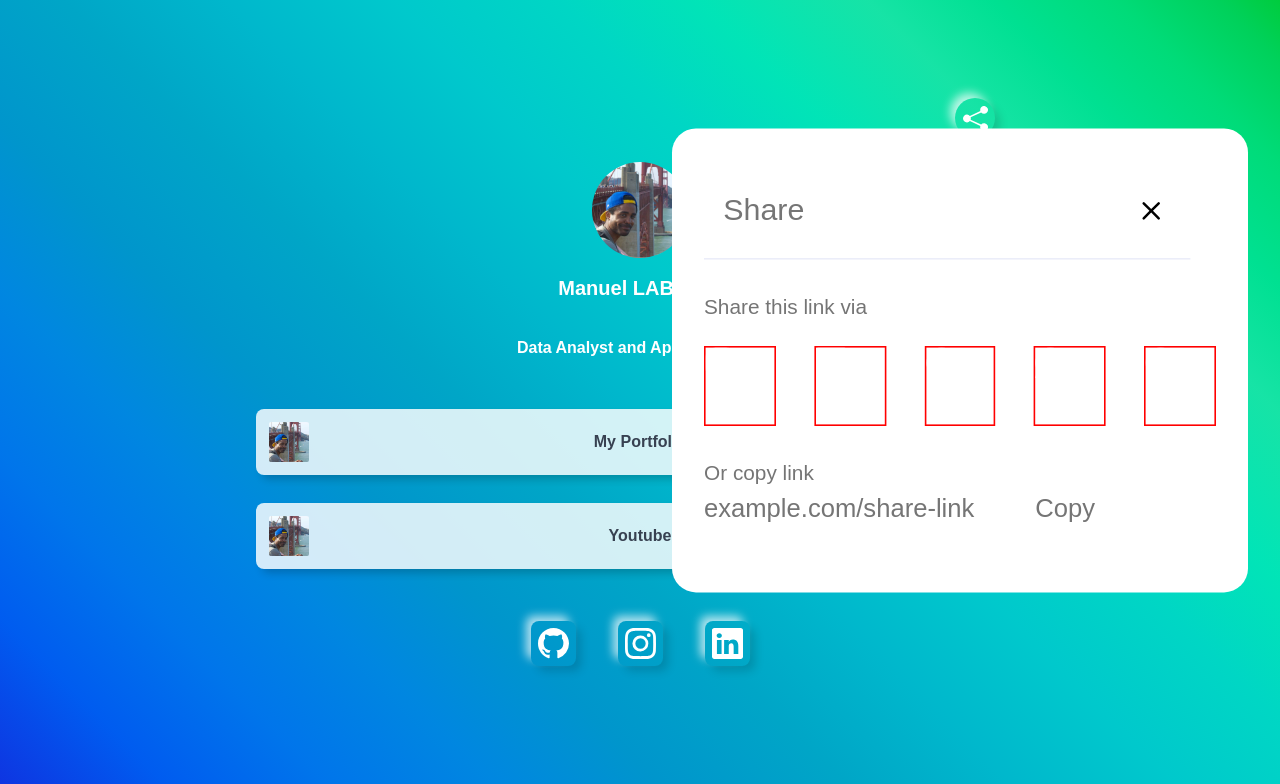
Repository: MateLaDBrouille97/linktree
Page: /
An editor plug-in stored every save of this project. The page is shown before and after the next save, followed by the edit.
The browser window is 1280 px wide. The pictures show the whole page.
The project was rebuilt for these pictures with package versions that can differ from the ones it lists, and the page was loaded fresh each time. The framework's server and built-in components were replaced by stand-ins that run in the browser. Also part of the build but not shown: next.config.js, styles/Home.module.css, styles/scrollup.css.

Above is the page before, as saved 2023-01-23 23:45:39.

### app/layout.tsx
"use client";

import '@/styles/globals.css'
import '../styles/Home.module.css';
import '../styles/scrollup.css';
import '../styles/home.css';
import '../styles/socials.css';
import '../styles/share.css';
import ScrollDow from '../components/ScrollDow';
import ScrollUp from '../components/scrollup/ScrollUp'

export default function RootLayout({
    children,
  }: {
    children: React.ReactNode;
  }) {
    return (
      <html lang="en">
        <body>{children}</body>
        {/* <ScrollDow/> */}
        {/* <ScrollUp/> */}
      </html>
    );
  }

### app/page.tsx
"use client";

import Image from "next/image";
import data from "data.json";
import image from "../public/ManuelTL2.jpg";
import image1 from "../public/ManuelTL2.jpg";
import { useEffect, useState } from "react";
import Socials from "../components/Socials";
import Share from "@/components/Share";

function LinkCard({
  href,
  title,
  image,
}: {
  href: string;
  title: string;
  image?: string;
}) {
  return (
    <a
      href={href}
      className="flex items-center p-3 w-full rounded-lg hover:scale-105 transition-all bg-gray-100 mb-3 -mt-2 max-w-3xl home__linkcard-box"
    >
      <div className="flex text-center w-full home__linkcard-card">
        <div className="w-10 h-10 home__linkcard-img">
          {image1 && (
            <Image
              className="rounded-sm"
              alt={data.name}
              src={image1}
              width={40}
              height={40}
            />
          )}
        </div>
        <h2 className="flex justify-center items-center font-semibold w-full text-gray-700 -ml-10 home__linkcard-title">
          {title}
        </h2>
      </div>
    </a>
  );
}

export default function Home() {
  /*==================== Toggle Menu ====================== */
  const [toggle, showMenu] = useState(false);
  const [activeNav, setActiveNav] = useState("#home");

  /* +++++++++++++++++++++++++++++++++++++++++++++++++ */
  // const { dbUser, image } = useUserContext();

  // const breakpoints = (width) => {
  //   if (width < 640) {
  //     return "xs";
  //   } else if (width >= 640 && width < 768) {
  //     return "sm";
  //   } else if (width >= 768 && width < 1024) {
  //     return "md";
  //   } else if (width >= 1024) {
  //     return "lg";
  //   }
  // };

  // const [breakpoint, setBreakpoint] = useState(() =>
  //   breakpoints(typeof window !== "undefined" && window.innerWidth)
  // );

  useEffect(() => {
    if (toggle) {
      // const calcInnerWidth = function () {
      //   setBreakpoint(breakpoints(window.innerWidth));
      // };
      // window.addEventListener("resize", calcInnerWidth);
      window.addEventListener("scroll", function () {
        const header = this.document.querySelector(".header");
        //scroll higher than 200 viewport height
        //add scroll header class to a tag with the scroll-top
        if (this.scrollY >= 80) header?.classList.add("scroll-header");
        else header?.classList.remove("scroll-header");
      });
    }
  }, []);

  useEffect(() => {
    showMenu(true);
  }, []);

  return (
    <div className="flex items-center flex-col mx-auto w-full justify-center mt-16 px-8 ">
      <Share/>
      <a
        href="#home"
        onClick={() => setActiveNav("#home")}
        // className={
        //   activeNav === "#home" ? "nav__logo active-link" : "nav__logo"
        // }
      >
        <Image
          className="rounded-full"
          alt={data.name}
          src={image}
          width={96}
          height={96}
        />
      </a>

      <h1 className="font-semibold mt-4 mb-8 text-xl" style={{color:"white"}}>{data.name}</h1>
      <h3 className="home__description" style={{color:"white"}}>{data.small_description}</h3>

      <div className="grid place-items-center w-full mt-2">
        {data.links.map((link) => (
          <LinkCard key={link.href} {...link} />
        ))}
      </div>

      <div className="gap-3 items-center flex mt-10">
        {data?.socials?.map((social) => {
         return(

          <Socials title={social?.title} key={social?.href} />
          )
        })}
      </div>
    </div>
  );
}

### styles/globals.css
@tailwind base;
@tailwind components;
@tailwind utilities;

body{
  height:100vh;
  background-image: linear-gradient(
  45deg,
  hsl(229deg 88% 47%) 0%,
  hsl(217deg 100% 47%) 8%,
  hsl(210deg 100% 46%) 16%,
  hsl(204deg 100% 44%) 24%,
  hsl(196deg 100% 40%) 32%,
  hsl(190deg 100% 39%) 41%,
  hsl(186deg 100% 40%) 49%,
  hsl(181deg 100% 40%) 57%,
  hsl(175deg 100% 42%) 65%,
  hsl(168deg 99% 45%) 72%,
  hsl(162deg 82% 49%) 80%,
  hsl(159deg 100% 44%) 86%,
  hsl(153deg 100% 43%) 92%,
  hsl(146deg 100% 41%) 97%,
  hsl(138deg 100% 40%) 100%
);
}

@import  url('https://api.iconify.design/material-symbols/arrow-upward.svg');

/*=============== GOOGLE FONTS ===============*/
@import url("https://fonts.googleapis.com/css2?family=Poppins:wght@400;500;600&display=swap");

/*=================== NEXT.JS ================*/

html,
body {
  padding: 0;
  margin: 0;
  font-family: -apple-system, BlinkMacSystemFont, Segoe UI, Roboto, Oxygen,
    Ubuntu, Cantarell, Fira Sans, Droid Sans, Helvetica Neue, sans-serif;
}

h1 {
  font-size: 1.75rem;
}




/*=============== VARIABLES CSS ===============*/
:root {
  --header-height: 3rem;

  /*========== Colors ==========*/
  /*Color mode HSL(hue, saturation, lightness)*/
  --hue: 0;
  --sat: 0%;
  --title-color: hsl(var(--hue), var(--sat), 20%);
  --title-color-dark: hsl(var(--hue), var(--sat), 0%);
  --text-color: hsl(var(--hue), var(--sat), 46%);
  --body-color: hsl(var(--hue), var(--sat), 98%);
  --container-color: #fff;

  /*========== Font and typography ==========*/
  --body-font: "Poppins", sans-serif;

  /*.5rem = 8px | 1rem = 16px ...*/
  --big-font-size: 3.5rem;
  --h1-font-size: 2.75rem;
  --h2-font-size: 1.5rem;
  --h3-font-size: 1.25rem;
  --normal-font-size: 1rem;
  --small-font-size: 0.875rem;
  --smaller-font-size: 0.813rem;
  --tiny-font-size: 0.625rem;

  /*========== Font weight ==========*/
  --font-normal: 400;
  --font-medium: 500;
  --font-semi-bold: 600;

  /*========== Margenes Bottom ==========*/
  /*.5rem = 8px | 1rem = 16px ...*/
  --mb-0-25: 0.25rem;
  --mb-0-5: 0.5rem;
  --mb-0-75: 0.75rem;
  --mb-1: 1rem;
  --mb-1-5: 1.5rem;
  --mb-2: 2rem;
  --mb-2-5: 2.5rem;
  --mb-3: 3rem;

  /*========== z index ==========*/
  --z-tooltip: 10;
  --z-fixed: 100;
  --z-modal: 1000;
}

/* Responsive typography */
@media screen and (max-width: 992px) {
  :root {
    --big-font-size: 2.75rem;
    --h1-font-size: 1.5rem;
    --h2-font-size: 1.25rem;
    --h3-font-size: 1rem;
    --normal-font-size: 0.938rem;
    --small-font-size: 0.813rem;
    --smaller-font-size: 0.75rem;
  }
}

/*=============== BASE ===============*/
* {
  margin: 0;
  padding: 0;
  box-sizing: border-box;
}

html {
  scroll-behavior: smooth;
}

body,
button,
input,
textarea {
  font-family: var(--body-font);
  font-size: var(--normal-font-size);
}

body {
  background-color: var(--body-color);
  color: var(--text-color);
}

h1,
h2,
h3 {
  color: var(--title-color);
  font-weight: var(--font-semi-bold);
}

ul {
  list-style: none;
}

a {
  text-decoration: none;
}

button {
  cursor: pointer;
  border: none;
  outline: none;
}

img {
  max-width: 100%;
  height: auto;
}

/*=============== REUSABLE CSS CLASSES ===============*/
.section {
  padding: 6rem 0 2rem;
}

.section__title {
  font-size: var(--h1-font-size);
  color: var(--title-color);
}

.section__subtitle {
  display: block;
  font-size: var(--normal-font-size);
  margin-bottom: 4rem;
}

.section__title,
.section__subtitle {
  text-align: center;
}

/*=============== LAYOUT ===============*/
.container {
  max-width: 968px;
  margin-left: auto;
  margin-right: auto;
}

.grid {
  display: grid;
  gap: 1.5rem;
}

/*=============== BUTTONS ===============*/
.button {
  display: inline-block;
  background-color:rgb(100, 189, 140);
  color: var(--container-color);
  padding: 1.25rem 2rem;
  border-radius: 1rem;
  font-weight: var(--font-medium);
}

.button:hover {
  background-color: rgb(81, 209, 138);
  color: var(--container-color);
}

.button__icon {
  margin-left: var(--mb-0-5);
}

.button--flex {
  display: inline-flex;
  align-items: center;

}




/*=============== BREAKPOINTS ===============*/
/* For large devices */
@media screen and (max-width: 992px) {
  .container {
    margin-left: var(--mb-1-5);
    margin-right: var(--mb-1-5);
  }

  .button {
    padding: 1rem 1.75rem;
  }

  .button__icon {
    width: 22px;
    height: 22px;
  }
}

/* For medium devices */
@media screen and (max-width: 768px) {
  body {
    margin: 0 0 var(--header-height) 0;
  }

  .section {
    padding: 2rem 0 4rem;
  }

  .section__subtitle {
    margin-bottom: var(--mb-3);
  }
}

@media screen and (max-width: 576px) {

}

/* For small devices */
@media screen and (max-width: 350px) {
  :root {
    --big-font-size: 2.25rem;
  }

  .container {
    margin-left: var(--mb-1);
    margin-right: var(--mb-1);
  }
}

### styles/home.css
.home__container{
    row-gap: 7rem;
}

.home__content{
    grid-template-columns: 116px repeat(2, 1fr);
    padding-top: 5.5rem;
    column-gap: 2rem;
    align-items: center;
}

.home__social{
    display:grid;
    grid-template-columns: max-content;
    row-gap: 1rem;
}

.home__social-icon{
    font-size:1.25rem;
    color: var(--title-color);
}

.home__social-icon:hover{
    color:rgb(165, 30, 75);
}



.home__social-icon:hover{
    color: var(--title-color-dark);
}

.home__title{
    font-size:var(--h1-font-size);
    margin-bottom:var(--mb-0-25);
}

.home__hand{
    width: 38px;
    height: 38px;
    margin-left: 0.4rem;
}

.home__subtitle{
    position: relative;
    font-size:var(--h3-font-size);
    padding-left: 5.4rem;
    font-weight: var(--font-normal);
    margin-bottom: var(--mb-1);
}

.home__subtitle::before{
    content:'';
    position:absolute;
    width: 70px;
    height:1px;
    background-color:var(--text-color);
    left:0;
    top:1rem;
}

.home__description{
    max-width:400px;
    margin-bottom: var(--mb-3);
    line-height: 1.7;
}

.home__linkcard-box{
    background-color: rgba(255, 255, 255, 0.829);
    border-color: whitesmoke;
    border-width: 3px;
    transition: transform 0.5s;
    box-shadow: 5px 5px 9px -1px rgba(0,0,0,0.2);

    border: 1px solid rgba(0,0,0,0);
    transition: transform 0.5s;
}

.home__linkcard-box:hover{
    box-shadow: 10px 10px 0px -1px rgba(0,0,0,0.15),
                1px 1px 0.5px  rgba(0,0,0,0.15),
                0px -12px 10px -10px  rgba(0,0,0,0.05);
     border: 1px solid   rgba(0,0,0,0.1);
    /* transform:translateY(-2px)  ;    */
}

.home__linkcard-box::after{
    transition: transform 0.5s;
}

.home__linkcard-box:hover::after .home__linkcard-title {
    transition: transform 0.7s;
}

.home__linkcard-box:hover::after .home__linkcard-img {
    transition: transform 0.7s;
}

.home__linkcard-box:hover .home__linkcard-title{
    transform:scale(1.05);
    transition: transform 0.5s;
}

.home__linkcard-box:hover .home__linkcard-img{
    transform:scale(1.15);
    transition: transform 0.5s;
}




.home__img{
/* background: url(../../assets/Mur.jpg); */
background-repeat: no-repeat;
background-position: center;
background-size: cover;
box-shadow: inset 0 0 0 9px rgb(255 255 255/30%);
order: 1;
justify-self: center;
width:375px ;
height: 350px;
animation: profile__animate 8s ease-in-out infinite 1s;
}

@keyframes profile__animate {
    0%{
        border-radius: 60% 40% 30% 70%/60% 30% 70% 40%;
    }

    50%{
        border-radius: 30% 60% 70% 40%/50% 60% 30% 60%;
    }

    100%{
        border-radius: 60% 40% 30% 70%/60% 30% 70% 40%;
    }
}

.home__scroll{
    position:fixed;
    left: 2.5rem;
    bottom: 3rem;
    /* opacity:0.8; */
    padding:0.3rem 0.5rem;
    border-radius:0.4rem;
    z-index: var(--z-tooltip);
    transition: .4s;
}


.wheel {
    animation: scroll 2s ease infinite;
}

@keyframes scroll{
    0% {
        transform: translateY(0);
    }
    30% {
        transform: translateY(3.7rem);
    }

}


.home__scroll-name{
    color: rgba(255, 255, 255, 0.829);
    font-weight: var(--font-medium);
    margin-right: var(--mb-0-25);
    margin-left: 2px;
}

.home__scroll-arrow{
    font-size: 1.25rem;
    color: rgba(255, 255, 255, 0.829);
}


/*=============== BREAKPOINTS ===============*/
/* For large devices */
@media screen and (max-width: 992px) {
    .home__content{
        grid-template-columns: 100px repeat(2, 1fr);
        column-gap: 1.25rem;

    }

    .home__hand{
        width:26px;
        height:26px;
    }

    .home__subtitle{
        padding-left: 3.75rem;
        margin-bottom: var(--mb-1);

    }

    .home__subtitle::before {
        width:42px;
        top:0.8rem;
    }

    .home__description{
        max-width: initial;
        margin-bottom: var(--mb-2-5);
    }

    .home__img{
        width:250px;
        height:250px;
        box-shadow:inset 0 0 0 8px rgb(255 255 255/30%)
    }

    .home__scroll{
        margin-left: 7.5rem;
    }



  }

  /* For medium devices */
  @media screen and (max-width: 768px) {
    .home__content{
        grid-template-columns: 0.5fr 3fr;
        padding-top: 3.5rem;
    }

    .home__img{
        order:initial;/* ordre d'apparition de l'element*/
        justify-self: initial;
        box-shadow: inset 0 0 0 9px rgb(255 255 255/30%);
        width:200px;
        height: 200px;
    }

    .home__data{
        grid-column:1/3;
    }

    .home__scroll{
        display:none;
    }


  }



  /* For small devices */
  @media screen and (max-width: 350px) {


    .home__img{

        width:180px ;
        height: 180px;
    }

    .home__hand{
        width:22px;
        height:22px;
    }


  }

### styles/socials.css
/* .social__link{
    color: var(--container-color);
    font-size: 1.125rem;
    padding: 0.4rem;
    border-radius:1.5rem;
    display: inline-flex;
} */
/*
.social__link:hover{
    background-color:rgba(44, 203, 224, 0.986);
} */

.social__link{
    display:flex;
    /* background-color: var(--container-color); */
    color: var(--container-color);
    height: 45px;
    width: 45px;
    margin: 0 15px;
    border-radius: 8px;
    align-items: center;
    justify-content:center;
    text-decoration: none;
    box-shadow: 6px 6px 10px -1px rgba(0,0,0,0.15),
                -6px -6px 10px -1px rgba(255,255,255,0.7);
    border: 1px solid   rgba(0,0,0,0);
    transition: transform 0.5s;
}

a svg {
    font-size: 38px;
    color: white;
    transition: transform 0.5s;
}


.social__link:hover{
    background-color: rgba(255, 255, 255, 0.829);
    box-shadow: inset 4px 4px 6px -1px rgba(0,0,0,0.2),
                inset -4px -4px 6px -1px rgba(255,255,255,0.7),
                -0.5px -0.5px 0px  rgba(255,255,255,1),
                0.5px 0.5px 0px  rgba(0,0,0,0.15),
                0px -12px 10px -10px  rgba(0,0,0,0.05);
    border: 1px solid   rgba(0,0,0,0.1);
    transform:translateY(2px)  ;
}


a:hover svg{
    transform: scale(1.10);
    fill: black;
    transition: transform 0.5s;
}

a:hover .bi-linkedin{
    fill:rgb(18, 83, 203) ;
    transform:scale(1.10);
    transition: transform 0.5s;
}

a:hover .bi-instagram{
    fill:#e64771;
    transform:scale(1.10);
    transition: transform 0.5s;
}


/*=============== BREAKPOINTS ===============*/
/* For large devices */
@media screen and (max-width: 992px) {


    .social__link:hover{

        box-shadow: inset 4px 4px 6px -1px rgba(0,0,0,0.2),
                    inset -4px -4px 6px -1px rgba(255,255,255,0.7),
                    -0.5px -0.5px 0px  rgba(255,255,255,1),
                    0.5px 0.5px 0px  rgba(0,0,0,0.15),
                    0px -12px 10px -10px  rgba(0,0,0,0.05);
        border: 1px solid   rgba(0,0,0,0.1);
        transform:translateY(2px)  ;
    }




  }

  /* For medium devices */
  @media screen and (max-width: 768px) {




  }



  /* For small devices */
  @media screen and (max-width: 350px) {





  }

### styles/share.css
/*          Share   Items  */

.share-link {
  display: flex;
  color: var(--container-color);
  height: 45px;
  width: 45px;
  margin: 0 15px;
  border-radius: 22px;
  align-items: center;
  justify-content: center;
  text-decoration: none;
  box-shadow: 6px 6px 10px -1px rgba(0, 0, 0, 0.15),
    -6px -6px 10px -1px rgba(255, 255, 255, 0.7);
  border: 1px solid rgba(0, 0, 0, 0);
  transition: transform 0.5s;
}

.share-link:hover {
  background-color: rgba(255, 255, 255, 0.829);
  box-shadow: inset 4px 4px 6px -1px rgba(0, 0, 0, 0.2),
    inset -4px -4px 6px -1px rgba(255, 255, 255, 0.7),
    -0.5px -0.5px 0px rgba(255, 255, 255, 1),
    0.5px 0.5px 0px rgba(0, 0, 0, 0.15),
    0px -12px 10px -10px rgba(0, 0, 0, 0.05);
  border: 1px solid rgba(0, 0, 0, 0.1);
  transform: translateY(2px);
}

/* .share-link .bi-share-fill{
    fill: white;
} */

.share-link:hover .bi-share-fill {
  fill: black;
  transform: scale(1.1);
  transition: transform 0.5s;
}

header {
  width: 95%;
  max-width: 788px;
  display: flex;
  justify-content: flex-end;
  padding: 12px;
  margin-top: 5px;
}

.share-button {
  width: 40px;
  height: 40px;
  border-radius: 20px;
  color: var(--container-color);
}


.share {
  width: 95%;
  max-width: 788px;
  display: flex;
  justify-content: flex-end;
  padding: 12px;
  margin-top: 5px;
  z-index: 10;
}

.modal-share {
  position: absolute;
  top: 50%;
  left: 75%;
  transform: translate(-50%, -50%) scale(1.6);
  background: var(--container-color);
  padding: 20px;
  border-radius: 15px;
  max-width: 360px;
  width: 70%;
}

.modal-share :is(header, .icons) {
  display: flex;
  align-items: center;
  justify-content: space-between;
}

.modal-share header {
  padding-bottom: 15px;
  border-bottom: 1px solid #ebedf9;
}

header .close .icons a{
  display: flex;
  align-items: center;
  justify-content: center;
  border-radius: 50%;
}

header .close {
  height: 33px;
  width: 33px;
  background: var(--container-color);
  cursor: pointer;
}

.modal-title {
  font-size: 19px;
  font-weight: 500;
}

.modal-share .content {
  margin: 20px 0;
}

.content p{
  font-size: 13px;
}

.content .icons {
  margin: 15px 0 20px 0;
}

.icons a {
  height: 50px;
  width: 50px;
  border: 1px solid red;
  text-decoration: none;

}

### components/Socials.tsx
function GitHubIcon() {
  return (
    <a href="https://github.com/LuckyMate97" className="social__link">
      <svg xmlns="http://www.w3.org/2000/svg" width="31" height="31" fill="white" className="bi bi-github" viewBox="0 0 16 16"> <path d="M8 0C3.58 0 0 3.58 0 8c0 3.54 2.29 6.53 5.47 7.59.4.07.55-.17.55-.38 0-.19-.01-.82-.01-1.49-2.01.37-2.53-.49-2.69-.94-.09-.23-.48-.94-.82-1.13-.28-.15-.68-.52-.01-.53.63-.01 1.08.58 1.23.82.72 1.21 1.87.87 2.33.66.07-.52.28-.87.51-1.07-1.78-.2-3.64-.89-3.64-3.95 0-.87.31-1.59.82-2.15-.08-.2-.36-1.02.08-2.12 0 0 .67-.21 2.2.82.64-.18 1.32-.27 2-.27.68 0 1.36.09 2 .27 1.53-1.04 2.2-.82 2.2-.82.44 1.1.16 1.92.08 2.12.51.56.82 1.27.82 2.15 0 3.07-1.87 3.75-3.65 3.95.29.25.54.73.54 1.48 0 1.07-.01 1.93-.01 2.2 0 .21.15.46.55.38A8.012 8.012 0 0 0 16 8c0-4.42-3.58-8-8-8z"/> </svg>
    </a>
  );
}

function InstagramIcon() {
  return (
    <a href="https://www.instagram.com/oto.mata33/" className="social__link">
      <svg xmlns="http://www.w3.org/2000/svg" width="31" height="31" fill="white" className="bi bi-instagram" viewBox="0 0 16 16"> <path d="M8 0C5.829 0 5.556.01 4.703.048 3.85.088 3.269.222 2.76.42a3.917 3.917 0 0 0-1.417.923A3.927 3.927 0 0 0 .42 2.76C.222 3.268.087 3.85.048 4.7.01 5.555 0 5.827 0 8.001c0 2.172.01 2.444.048 3.297.04.852.174 1.433.372 1.942.205.526.478.972.923 1.417.444.445.89.719 1.416.923.51.198 1.09.333 1.942.372C5.555 15.99 5.827 16 8 16s2.444-.01 3.298-.048c.851-.04 1.434-.174 1.943-.372a3.916 3.916 0 0 0 1.416-.923c.445-.445.718-.891.923-1.417.197-.509.332-1.09.372-1.942C15.99 10.445 16 10.173 16 8s-.01-2.445-.048-3.299c-.04-.851-.175-1.433-.372-1.941a3.926 3.926 0 0 0-.923-1.417A3.911 3.911 0 0 0 13.24.42c-.51-.198-1.092-.333-1.943-.372C10.443.01 10.172 0 7.998 0h.003zm-.717 1.442h.718c2.136 0 2.389.007 3.232.046.78.035 1.204.166 1.486.275.373.145.64.319.92.599.28.28.453.546.598.92.11.281.24.705.275 1.485.039.843.047 1.096.047 3.231s-.008 2.389-.047 3.232c-.035.78-.166 1.203-.275 1.485a2.47 2.47 0 0 1-.599.919c-.28.28-.546.453-.92.598-.28.11-.704.24-1.485.276-.843.038-1.096.047-3.232.047s-2.39-.009-3.233-.047c-.78-.036-1.203-.166-1.485-.276a2.478 2.478 0 0 1-.92-.598 2.48 2.48 0 0 1-.6-.92c-.109-.281-.24-.705-.275-1.485-.038-.843-.046-1.096-.046-3.233 0-2.136.008-2.388.046-3.231.036-.78.166-1.204.276-1.486.145-.373.319-.64.599-.92.28-.28.546-.453.92-.598.282-.11.705-.24 1.485-.276.738-.034 1.024-.044 2.515-.045v.002zm4.988 1.328a.96.96 0 1 0 0 1.92.96.96 0 0 0 0-1.92zm-4.27 1.122a4.109 4.109 0 1 0 0 8.217 4.109 4.109 0 0 0 0-8.217zm0 1.441a2.667 2.667 0 1 1 0 5.334 2.667 2.667 0 0 1 0-5.334z"/> </svg>
    </a>
  );
}

function LinkedInIcon() {
  return (
    <a href="https://ca.linkedin.com/" className="social__link">
      <svg xmlns="http://www.w3.org/2000/svg" width="31" height="31" fill="white" className="bi bi-linkedin" viewBox="0 0 16 16"> <path d="M0 1.146C0 .513.526 0 1.175 0h13.65C15.474 0 16 .513 16 1.146v13.708c0 .633-.526 1.146-1.175 1.146H1.175C.526 16 0 15.487 0 14.854V1.146zm4.943 12.248V6.169H2.542v7.225h2.401zm-1.2-8.212c.837 0 1.358-.554 1.358-1.248-.015-.709-.52-1.248-1.342-1.248-.822 0-1.359.54-1.359 1.248 0 .694.521 1.248 1.327 1.248h.016zm4.908 8.212V9.359c0-.216.016-.432.08-.586.173-.431.568-.878 1.232-.878.869 0 1.216.662 1.216 1.634v3.865h2.401V9.25c0-2.22-1.184-3.252-2.764-3.252-1.274 0-1.845.7-2.165 1.193v.025h-.016a5.54 5.54 0 0 1 .016-.025V6.169h-2.4c.03.678 0 7.225 0 7.225h2.4z"/> </svg>
    </a>
  );
}

function Socials({ title }:{title?:string;}) {
  if (title == "Instagram") {
    return <InstagramIcon  />;
  }
  if (title == "Github") {
    return <GitHubIcon  />;
  }
  if (title == "LinkedIn") {
    return <LinkedInIcon  />;
  }
}

export default Socials;

Loaded but not shown: data.json (35 lines, source omitted); tailwind.config.js (13 lines, source omitted); components/Share.tsx (116 lines, source omitted)

After the next save:
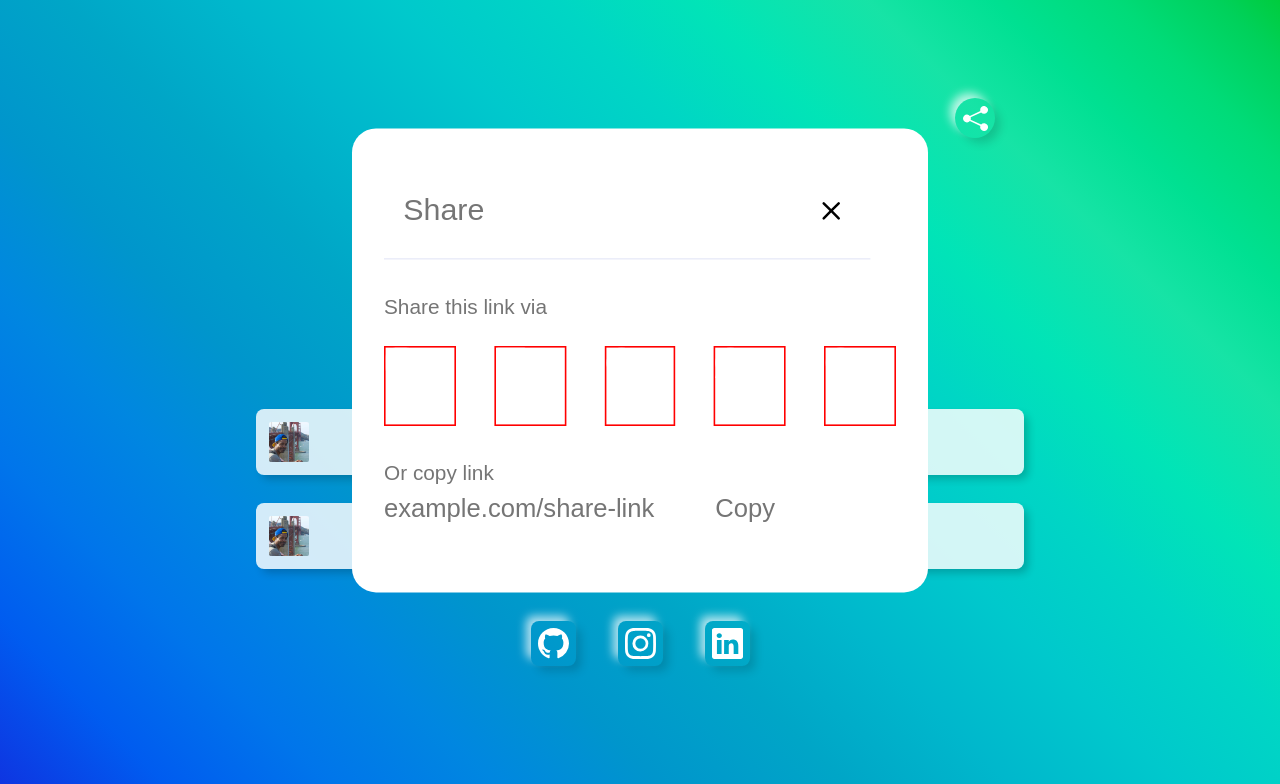
Saved 14 s later.
--- a/styles/share.css
+++ b/styles/share.css
@@ -67,7 +67,7 @@ header {
 .modal-share {
   position: absolute;
   top: 50%;
-  left: 75%;
+  left: 50%;
   transform: translate(-50%, -50%) scale(1.6);
   background: var(--container-color);
   padding: 20px;
